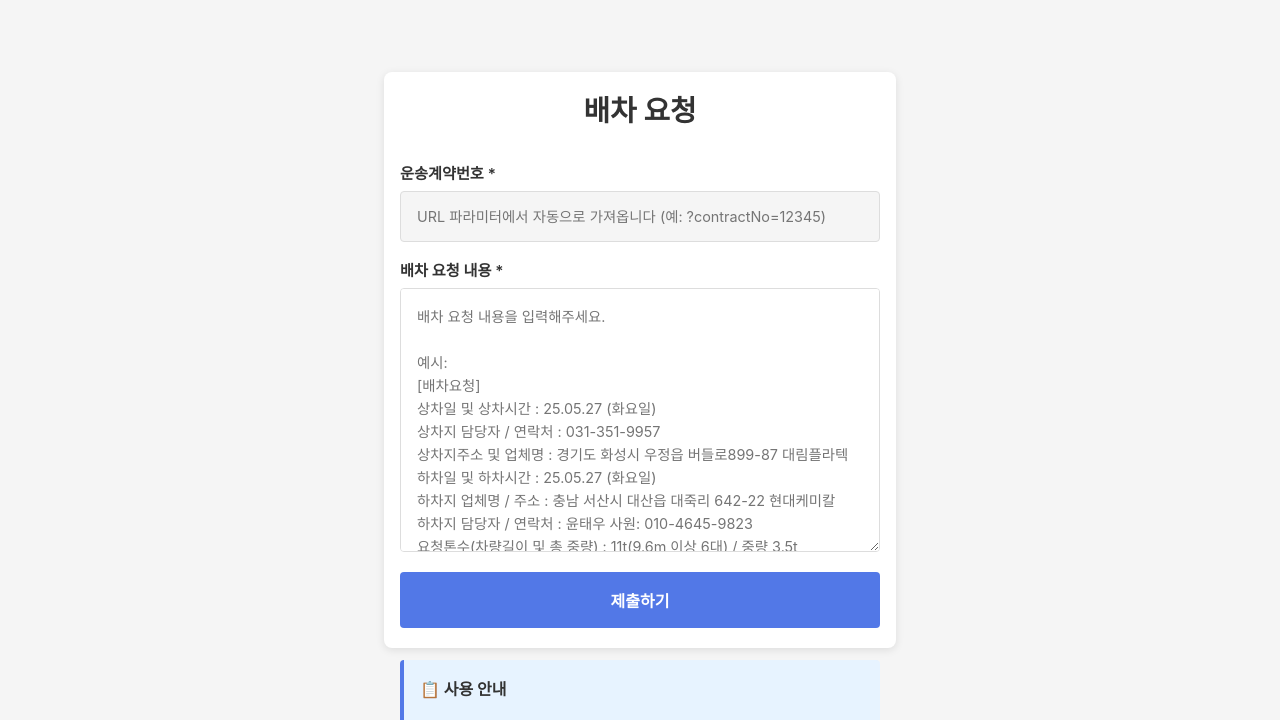
Repository: deul428/logis_transport
Page: / (app in frontend/)
An editor plug-in stored every save of this project. The page is shown before and after a run of saves, followed by the edit.
The browser window is 1280 px wide. The pictures show the whole page.
The project was rebuilt for these pictures with package versions that can differ from the ones it lists, and the page was loaded fresh each time. Also part of the build but not shown: frontend/src/App.scss.

Above is the page before, as saved 2025-11-13 13:52:40.

After the next 2 saves:
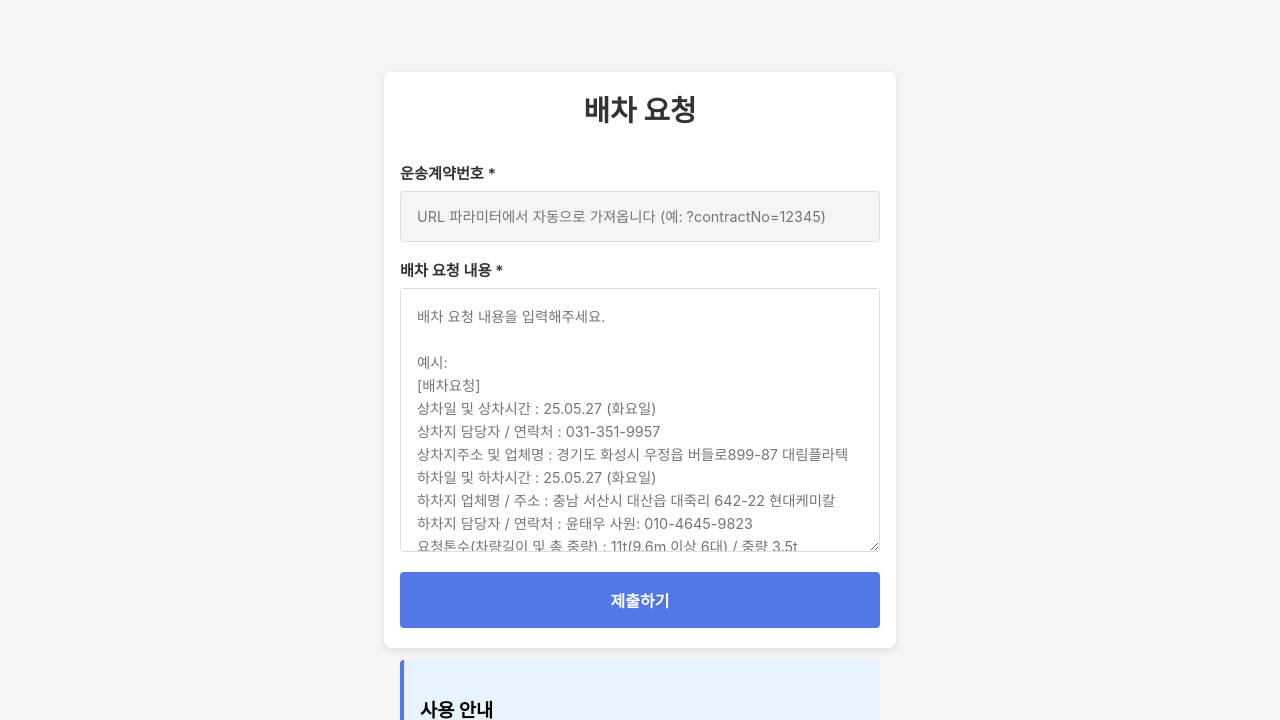
The 2 saves are shown as one change because they came seconds apart.
The last was saved 32 s later.
--- a/frontend/src/App.js
+++ b/frontend/src/App.js
@@ -156,7 +156,7 @@ function App() {
         {!isSubmitted && (
           <div id="desc_area">
             <div className="info_box">
-              <h4>📋 사용 안내</h4>
+              <h3>사용 안내</h3>
               <p>
                 1. URL에 계약 번호를 포함하여 접근하세요. (예:
                 ?contractNo=12345)
